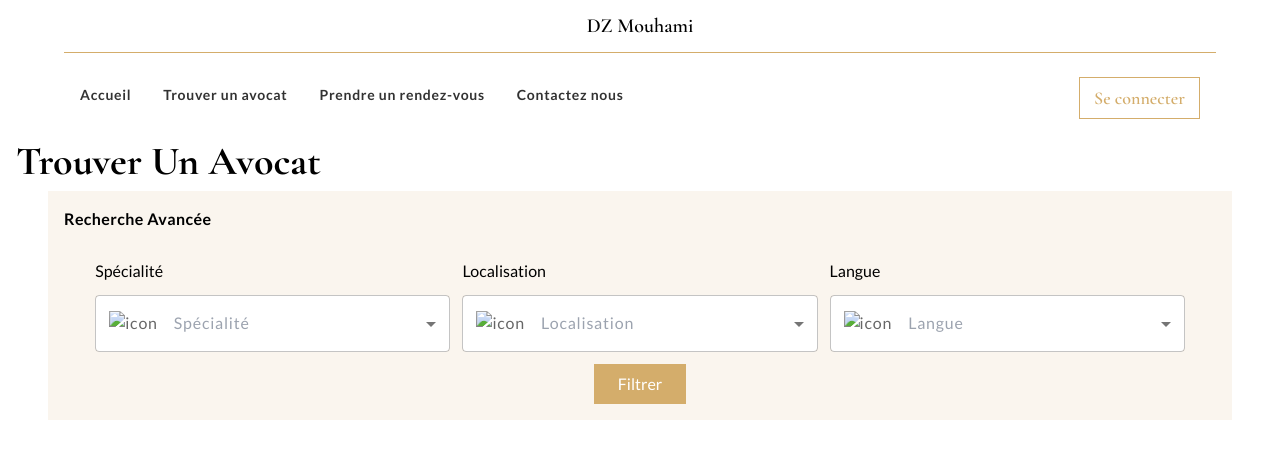
Repository: Chekrouba-Tinhinane/Mohami_dz
Page: /Search (app in client/)
These files come from the project's save history. The page is drawn as it stood at one moment and after a run of saves; the edit follows.
The browser window is 1280 px wide. The pictures show the whole page.
The project was rebuilt for these pictures with package versions that can differ from the ones it lists, and the page was loaded fresh each time. Also part of the build but not shown: client/vite.config.js, client/src/LandingPage.jsx, client/src/SignIn.jsx, client/src/components/Profile.jsx.

Above is the page before, as saved 2024-01-25 18:23:41.

### client/index.html
<!doctype html>
<html lang="en">
  <head>
    <meta charset="UTF-8" />
    <link rel="icon" type="image/svg+xml" href="/vite.svg" />
    <meta name="viewport" content="width=device-width, initial-scale=1.0" />
    <title>Mouhami DZ</title>
  </head>
  <body>
    <div id="root"></div>
    <script type="module" src="/src/App.jsx"></script>
  </body>
</html>

### client/src/App.jsx
import React from "react";
import { createRoot } from "react-dom/client";
import { BrowserRouter, Routes, Route } from "react-router-dom";
import "./index.css";
import LandingPage from "./LandingPage";
import SignIn from "./SignIn";
import Search from "./Search";
import HomeLayout from "./components/super/HomeLayout";
import Profile from "./components/Profile";

const App = () => {
  return (
    <BrowserRouter>
      <Routes>
        <Route path={"/"} element={<LandingPage />} />

        <Route path={"/Signin"} element={<SignIn />} />
        <Route
          path={"/Search"}
          element={<HomeLayout pageComponent={<Search />} />}
        />
        {/* <Route path={"/Signin"} element={<SignIn />} />
        <Route
          path={"/Schedule"}
          element={<HomeLayout pageComponent={<Schedule />} />}
        />

        <Route
          path={"/Settings"}
          element={<HomeLayout pageComponent={<Staff />} />}
        />
        <Route
          path={"/profile/:id"}
          element={<HomeLayout pageComponent={<Profile />} />}
        /> */}
        <Route
          path={"/profile"}
          element={<HomeLayout pageComponent={<Profile />} />}
        />
      </Routes>
    </BrowserRouter>
  );
};

export default App;

const root = createRoot(document.getElementById("root"));
root.render(<App />);

### client/src/index.css
@import url("https://fonts.googleapis.com/css2?family=Cormorant+Garamond:wght@300;400;500;600;700&family=Lato:wght@100;300;400;700;900&display=swap");

@tailwind base;
@tailwind components;
@tailwind utilities;

@layer base {
  a {
    @apply cursor-pointer;
  }
  h1 {
    @apply text-[50px] font-bold;
  }
  h2 {
    @apply text-[2.5rem] font-bold;
  }
  p {
  }
  h3 {
  }
  h4 {
    @apply text-[1rem] font-semibold;
  }
  textarea {
  }
  input {
  }
  select {
  }
}

* {
  /*font-family: 'Cormorant Garamond', serif; */
  font-family: "Lato", sans-serif;
  box-sizing: border-box;
  padding: 0;
  margin: 0;
}

.recursive {
  font-family: "Cormorant Garamond", serif;
}

.nav-item::after {
  content: "";
  display: block;
  width: 0;
  height: 2px;
  margin-top: 5px;
  background-color: rgb(212, 173, 107);
  transition: width 0.4s;
}

.nav-item:hover::after {
  width: 100%;
}

### client/src/Search.jsx
import React from "react";
import SearchContainer from "./components/SearchContainer";

const Search = () => {
  return (
    <div className="flex justify-center w-full">
      <div className=" flex flex-col w-full mx-4">
        <h2 className=" recursive">Trouver Un Avocat</h2>

        {/* <div className="bg-primary p-4 relative inline-block">
            Rechercher +
          </div> */}
        <div className="mx-8">
          <SearchContainer />
        </div>
      </div>
    </div>
  );
};

export default Search;

### client/src/components/super/HomeLayout.jsx
import React, { useState } from "react";
import NavBar from "./NavBar";

const HomeLayout = ({ pageComponent }) => {
  return (
    <div className=" flex flex-col min-h-screen items-center">
      <header className=" p-3 recursive border-b border-b-primary w-[90%] text-center font-semibold text-xl">
        {" "}
        DZ Mouhami{" "}
      </header>
      <NavBar />

      <div className={` w-full  `}>{pageComponent}</div>
    </div>
  );
};

export default HomeLayout;

### client/src/components/super/NavBar.jsx
import { motion } from "framer-motion";
import { Link } from "react-router-dom";
import { Link as ScrollLink } from "react-scroll";

const NavBar = () => {
  return (
    <div
      whileHover={{ scale: 1, originX: 0, color: "#D4AD6B" }}
      transition={{ type: "tween", duration: 0.2 }}
      className=" flex items-center px-20 pt-6 mb-3 w-full justify-between "
    >
      <motion.ul className="flex gap-[2rem] text-sm">
        <motion.li
          whileHover={{ scale: 1, originX: 0, color: "#D4AD6B" }}
          transition={{ type: "tween", duration: 0.2 }}
          className=" font-semibold opacity-80 tracking-wider cursor-pointer"
        >
          <ScrollLink
            to={"about"}
            spy={true}
            smooth={true}
            offset={-50}
            duration={500}
            className="nav-item"
          >
            Accueil
          </ScrollLink>
        </motion.li>
        <motion.li
          whileHover={{ scale: 1, originX: 0, color: "#D4AD6B" }}
          transition={{ type: "tween", duration: 0.2 }}
          className=" font-semibold opacity-80 tracking-wider cursor-pointer"
        >
          <ScrollLink
            to="hero"
            spy={true}
            smooth={true}
            offset={0}
            duration={500}
            className="nav-item"
          >
            Trouver un avocat
          </ScrollLink>
        </motion.li>
        <motion.li
          whileHover={{ scale: 1, originX: 0, color: "#D4AD6B" }}
          transition={{ type: "tween", duration: 0.2 }}
          className=" font-semibold opacity-80 tracking-wider cursor-pointer"
        >
          <ScrollLink
            to="appoint"
            spy={true}
            smooth={true}
            offset={50}
            duration={500}
            className="nav-item"
          >
            Prendre un rendez-vous
          </ScrollLink>
        </motion.li>
        <motion.li
          whileHover={{ scale: 1, originX: 0, color: "#D4AD6B" }}
          transition={{ type: "tween", duration: 0.2 }}
          className=" font-semibold opacity-80 tracking-wider cursor-pointer"
        >
          <ScrollLink
            to="footer"
            spy={true}
            smooth={true}
            offset={-100}
            duration={500}
            className="nav-item"
          >
            Contactez nous
          </ScrollLink>
        </motion.li>
      </motion.ul>
      <div className="flex gap-[1rem]">
        <Link
          to={"/SignIn"}
          href=""
          className=" recursive flex items-center font-semibold text-primary border border-primary bg-white text-center text-lg py-1.5 px-3.5 hover:bg-opacity-70 "
        >
          Se connecter
        </Link>
      </div>
    </div>
  );
};

export default NavBar;

### client/src/components/SearchContainer.jsx
import React, { useState } from "react";
import Selector from "./Selector";

const SearchContainer = () => {
  // State for selected options
  const [selectedSpeciality, setSelectedSpeciality] = useState("");
  const [selectedLocation, setSelectedLocation] = useState("");
  const [selectedLanguage, setSelectedLanguage] = useState("");

  const handleFilterClick = () => {
    // Implement your filter logic here using selected options
    // You can use selectedSpeciality, selectedLocation, and selectedLanguage states
  };

  return (
    <div className="flex flex-col gap-3 pb-4 w-full bg-lightBrown">
      <h3 className="place-self-start text-opacity-65 font-semibold tracking-wide p-4">
        Recherche Avancée
      </h3>

      <div className="flex justify-center gap-3 ">

        <div className="flex flex-col basis-[30%] gap-3">
          <div>Spécialité</div>
          <Selector
            selectCategory="Spécialité"
            selectedOption={selectedSpeciality}
            setSelectedOption={setSelectedSpeciality}
          />
        </div>
        <div className="flex flex-col basis-[30%] gap-3">
          <div>Localisation</div>
          <Selector
            selectCategory="Localisation"
            selectedOption={selectedLocation}
            setSelectedOption={setSelectedLocation}
          />
        </div>
        <div className="flex flex-col basis-[30%] gap-3">
          <div>Langue</div>
          <Selector
            selectCategory="Langue"
            selectedOption={selectedLanguage}
            setSelectedOption={setSelectedLanguage}
          />
          {/* Implement your language selector here */}
        </div>


      </div>

      <button className="bg-primary text-white px-6 py-2 place-self-center" onClick={handleFilterClick}>
        Filtrer
      </button>
    </div>
  );
};

export default SearchContainer;

### client/src/components/Selector.jsx
import React from "react";
import { MenuItem, Select, InputLabel, FormControl } from "@mui/material";

const Selector = ({ selectCategory, icon, selectedOption, setSelectedOption }) => {
  const handleChange = (event) => {
    setSelectedOption(event.target.value);
  };

  return (
    <FormControl fullWidth className="bg-white rounded-md min-w-max">
      <InputLabel id="select-label">
        <div className="flex items-center gap-4  tracking-wider">
          <img src={icon} className="cursor-pointer " alt="icon" />
          <span className=" text-gray-400  font-normal">{selectCategory}</span>
        </div>
      </InputLabel>
      <Select
        labelId="select-label"
        id="select"
        value={selectedOption}
        onChange={handleChange}
        label="Select Option"
      >
        <MenuItem value={null}>None</MenuItem> {/* Option to unselect */}
        <MenuItem value={1}>Option 1</MenuItem>
        <MenuItem value={2}>Option 2</MenuItem>
        <MenuItem value={3}>Option 3</MenuItem>
      </Select>
    </FormControl>
  );
};

export default Selector;

### client/tailwind.config.js
/** @type {import('tailwindcss').Config} */
module.exports = {
  content: ["./src/**/*.{js,jsx,ts,tsx}"],
  theme: {
    extend: {
      colors: {
        lightBrown: "#FAF5EE",
        primary: "#D4AD6B"
      },
    },
  },
  plugins: [],
};

After the next 4 saves:
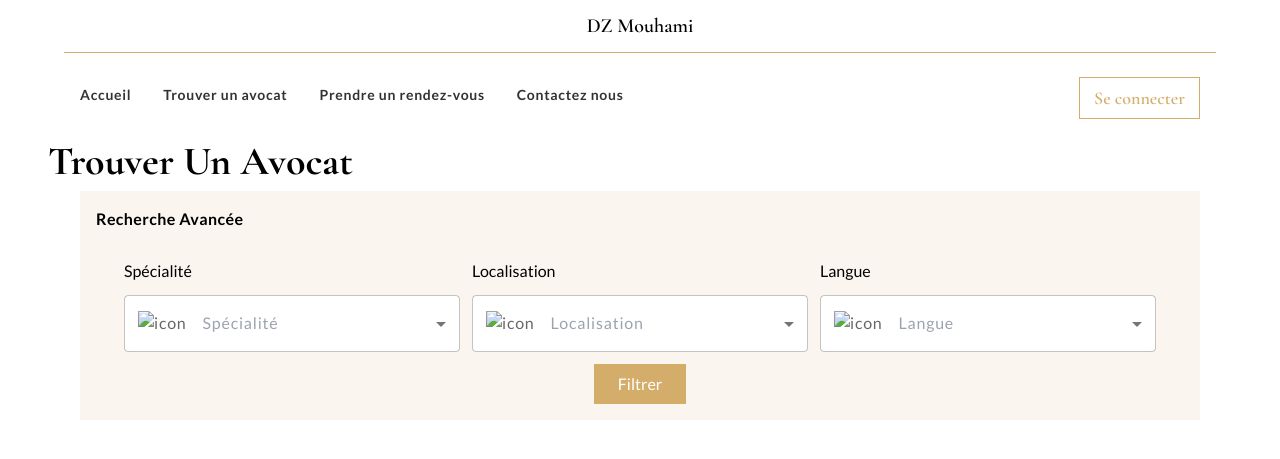
The 4 saves are shown as one change because they came seconds apart.
The last was saved 4 min 31 s later.
--- a/client/src/components/super/HomeLayout.jsx
+++ b/client/src/components/super/HomeLayout.jsx
@@ -10,7 +10,7 @@ const HomeLayout = ({ pageComponent }) => {
       </header>
       <NavBar />
 
-      <div className={` w-full  `}>{pageComponent}</div>
+      <div className={` w-full px-8  `}>{pageComponent}</div>
     </div>
   );
 };
